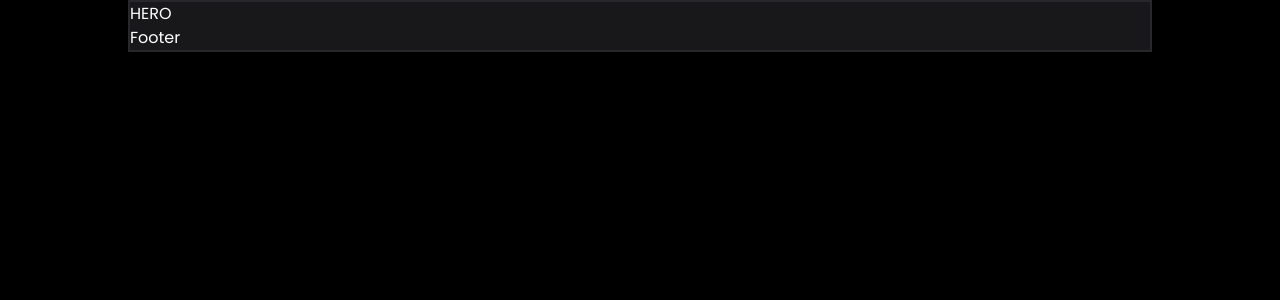
Repository: Wafaabahgat/Portfolio
Page: /
An editor plug-in stored every save of this project. The page is shown before and after a run of saves, followed by the edit.
The browser window is 1280 px wide. The pictures show the whole page.
The project was rebuilt for these pictures with package versions that can differ from the ones it lists, and the page was loaded fresh each time. Also part of the build but not shown: vite.config.ts, src/App.css.

Above is the page before, as saved 2023-12-07 02:46:04.

After the next 6 saves:
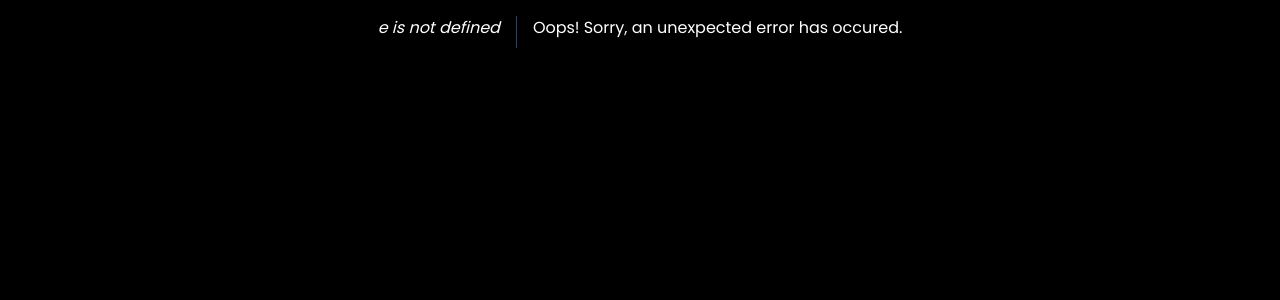
Console error: ReferenceError: e is not defined
The 6 saves are shown as one change because they came seconds apart.
The last was saved 14 s later.
--- a/src/components/layouts/Header.tsx
+++ b/src/components/layouts/Header.tsx
@@ -31,7 +31,9 @@ const Header: FC<HeaderProps> = () => {
   return (
     <>
       <div>
-        <div></div>
+        <div>
+          {links?.map((e))}
+        </div>
       </div>
     </>
   );
